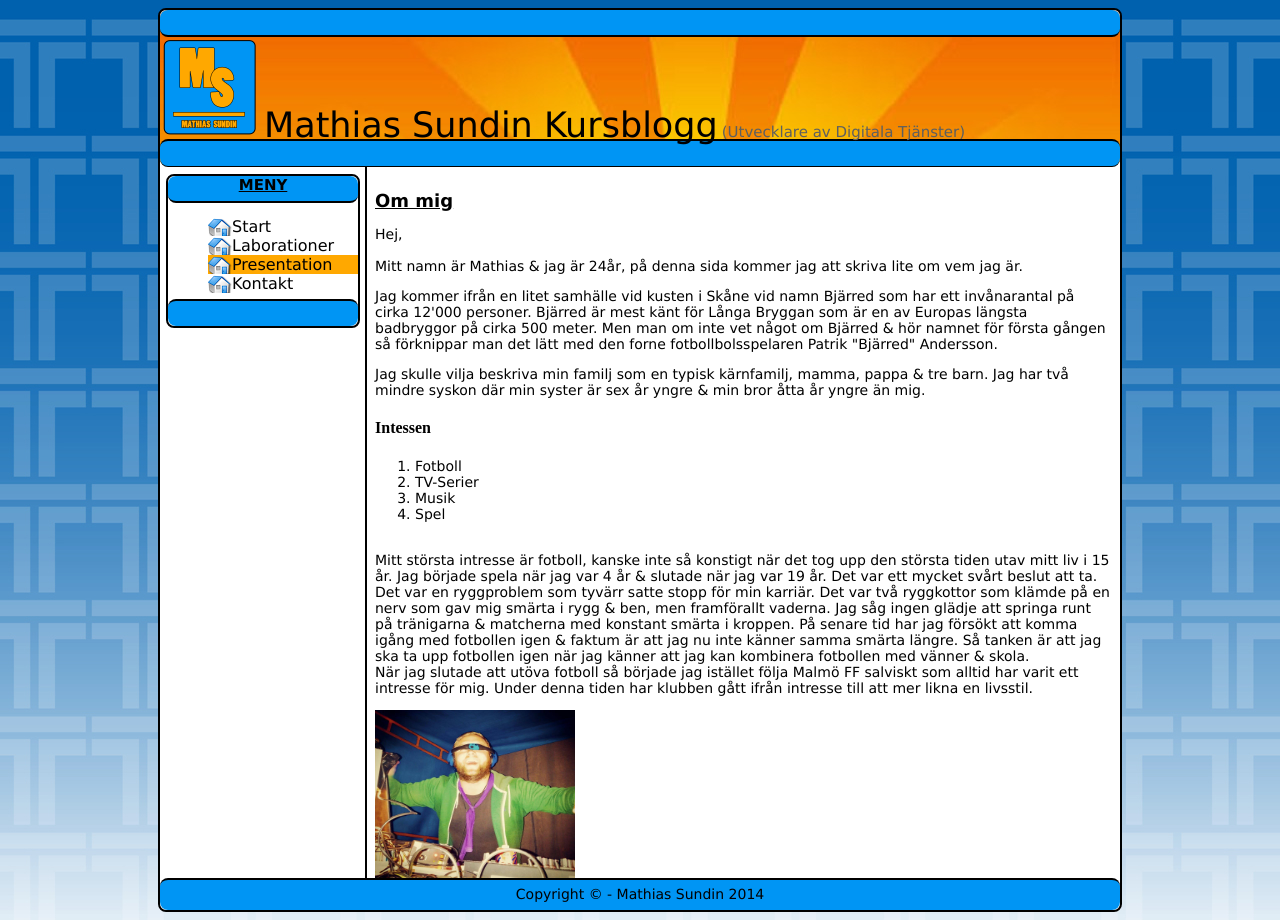
Repository: ms223uh/1ik415-laborationer
Page: www/pages/presentation.html
The author's editor kept a record of every edit. The page is drawn from the files as they stood at one moment, then again after the next edit.
The browser window is 1280 px wide. The pictures show the whole page.
An inner scrolling area shows only its first screen.

Above is the page before.

After the next edit:
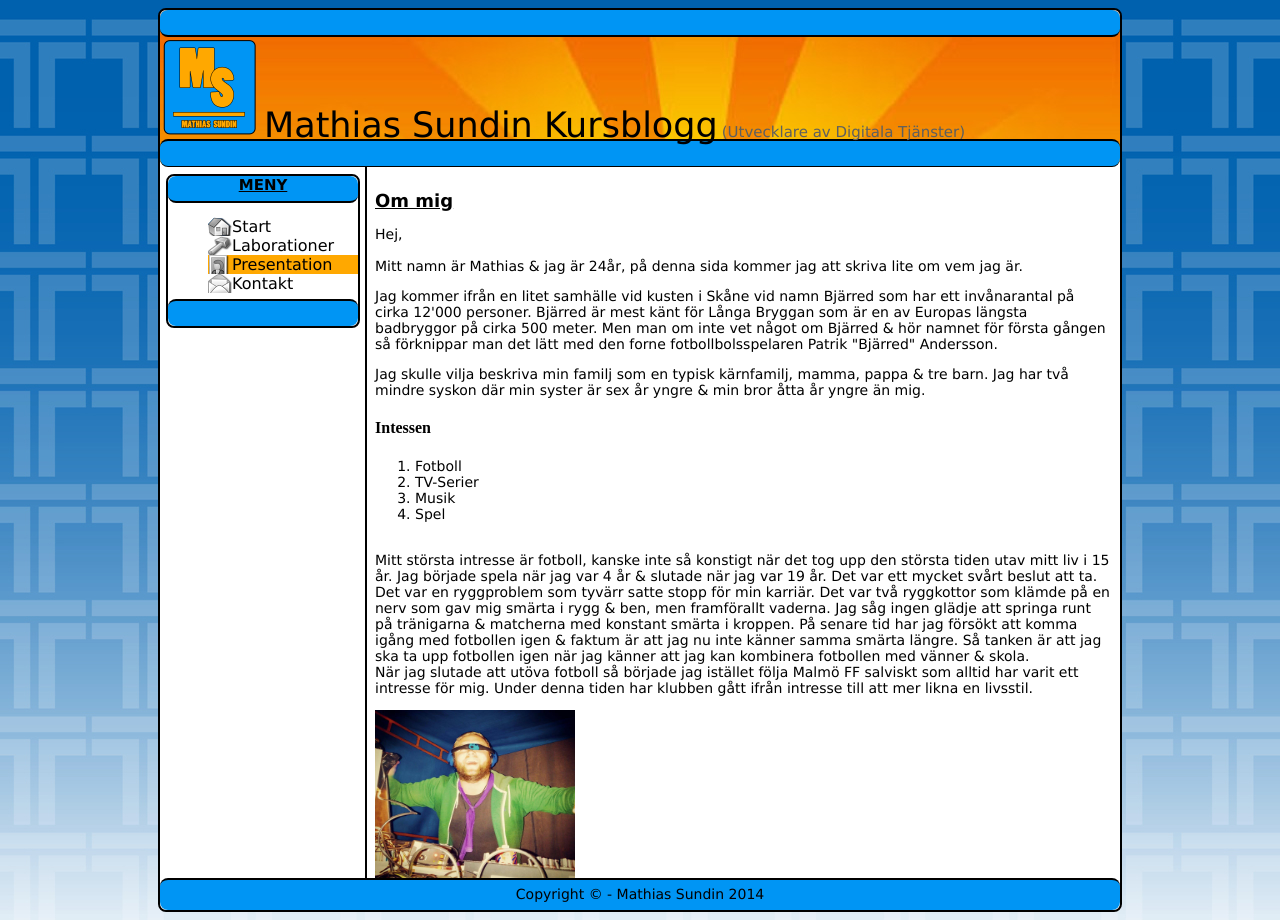
The edit:
--- a/www/pages/presentation.html
+++ b/www/pages/presentation.html
@@ -37,10 +37,10 @@
 
 <div id="head3"><h3>MENY</h3></div>
         <ul id="menyli">
-            <li><a href="../index.html">Start</a></li>
-            <li><a href="laborationer.html">Laborationer</a></li>
-            <li class="active"><a href="presentation.html">Presentation</a></li>
-            <li><a href="kontakt.html">Kontakt</a></li>
+            <li><a class="index" href="../index.html">Start</a></li>
+            <li><a class="laborationer" href="laborationer.html">Laborationer</a></li>
+            <li class="active"><a class="presentation" href="presentation.html">Presentation</a></li>
+            <li><a class="kontakt" href="kontakt.html">Kontakt</a></li>
 
         </ul>
 
